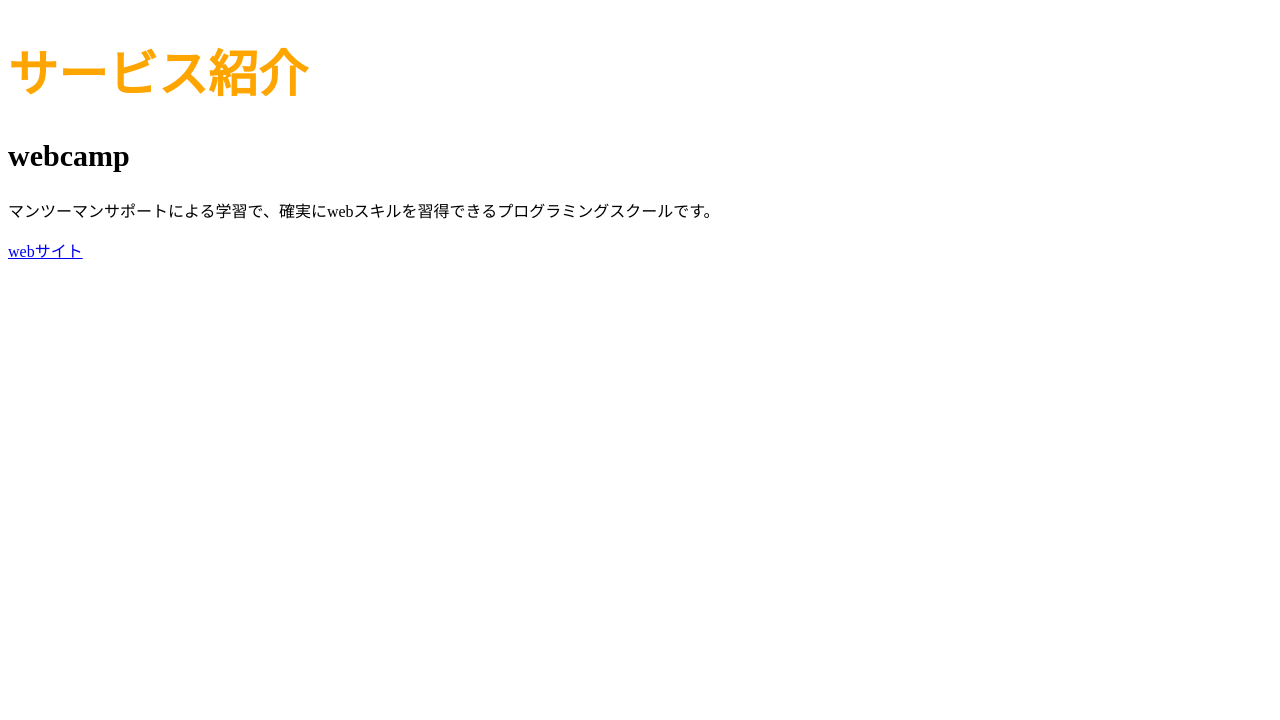
Repository: yukito7878/HTML-CSS-practice
Page: sample/sample.html
The author's editor kept a record of every edit. The page is drawn from the files as they stood at one moment, then again after the next edit.
The browser window is 1280 px wide. The pictures show the whole page.

Above is the page before.

### sample/sample.html
<!DOCTYPE HTML>
<html lang="ja">
  <head>
    <meta charset="UTF-8" />
    <title>初めてのHTML</title>
    <link rel="stylesheet" href="style1.css" />
  </head>

  <body>
    <h1>サービス紹介</h1>
    <h2>webcamp</h2>
    <p>マンツーマンサポートによる学習で、確実にwebスキルを習得できるプログラミングスクールです。</p>
    <a href="#">webサイト</a>

  </body>
</html>

### sample/style1.css
h1{
  color: orange;
  font-size: 50px
}

h2{
  color: black;
  font-size: 30px;

}

After the next edit:
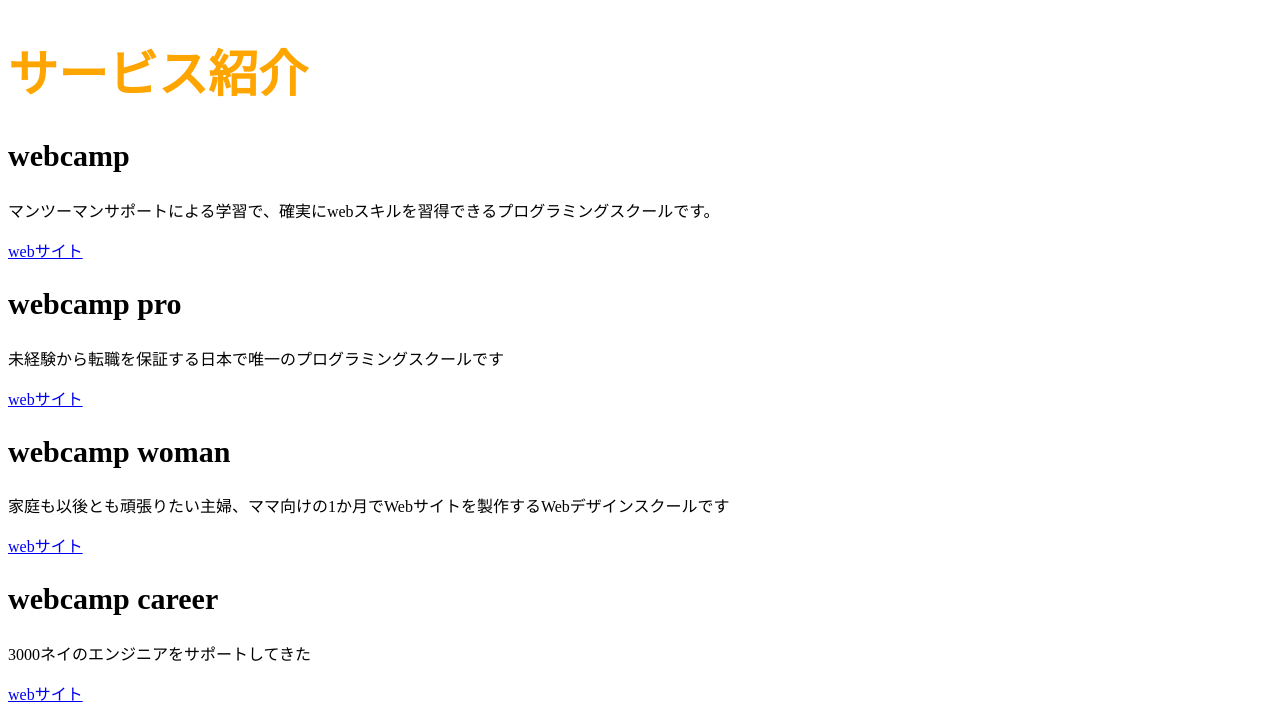
The edit:
--- a/sample/sample.html
+++ b/sample/sample.html
@@ -11,6 +11,15 @@
     <h2>webcamp</h2>
     <p>マンツーマンサポートによる学習で、確実にwebスキルを習得できるプログラミングスクールです。</p>
     <a href="#">webサイト</a>
+    <h2>webcamp pro</h2>
+    <p>未経験から転職を保証する日本で唯一のプログラミングスクールです</p>
+    <a href="#">webサイト</a>
+    <h2>webcamp woman</h2>
+    <p>家庭も以後とも頑張りたい主婦、ママ向けの1か月でWebサイトを製作するWebデザインスクールです</p>
+    <a href="#">webサイト</a>
+    <h2>webcamp career</h2>
+    <p>3000ネイのエンジニアをサポートしてきた</p>
+    <a href="#">webサイト</a>
 
   </body>
 </html>
